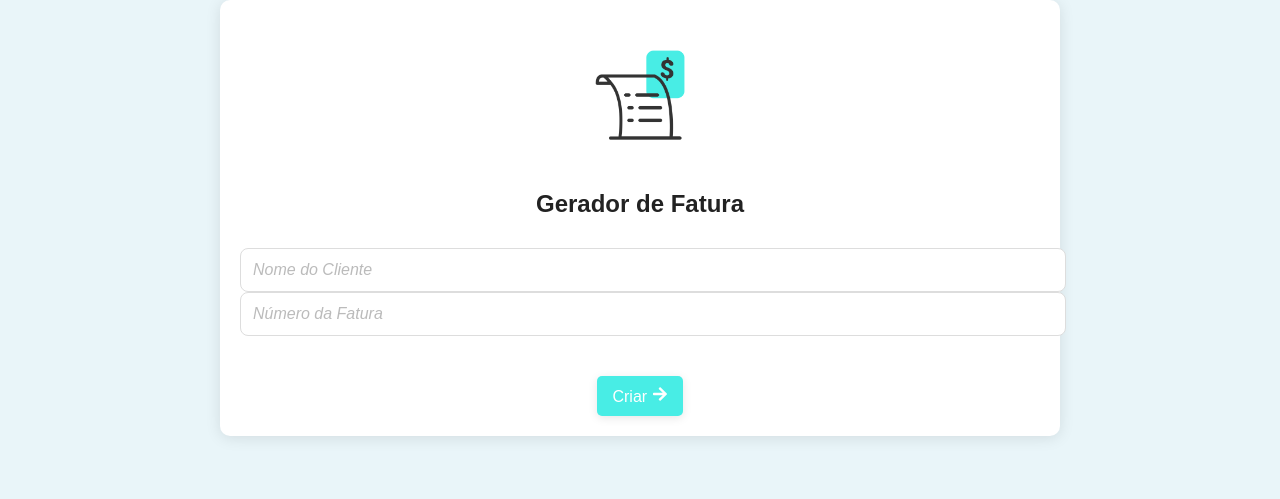
Repository: thmedu/Gerador-de-Faturas
Page: /
These files come from the project's save history. The page is drawn as it stood at one moment and after the next save; the edit follows.
The browser window is 1280 px wide. The pictures show the whole page.
The project was rebuilt for these pictures with package versions that can differ from the ones it lists, and the page was loaded fresh each time. Also part of the build but not shown: vite.config.js, src/Componete/Template.jsx.

Above is the page before, as saved 2024-07-16 19:24:16.

After the next save:
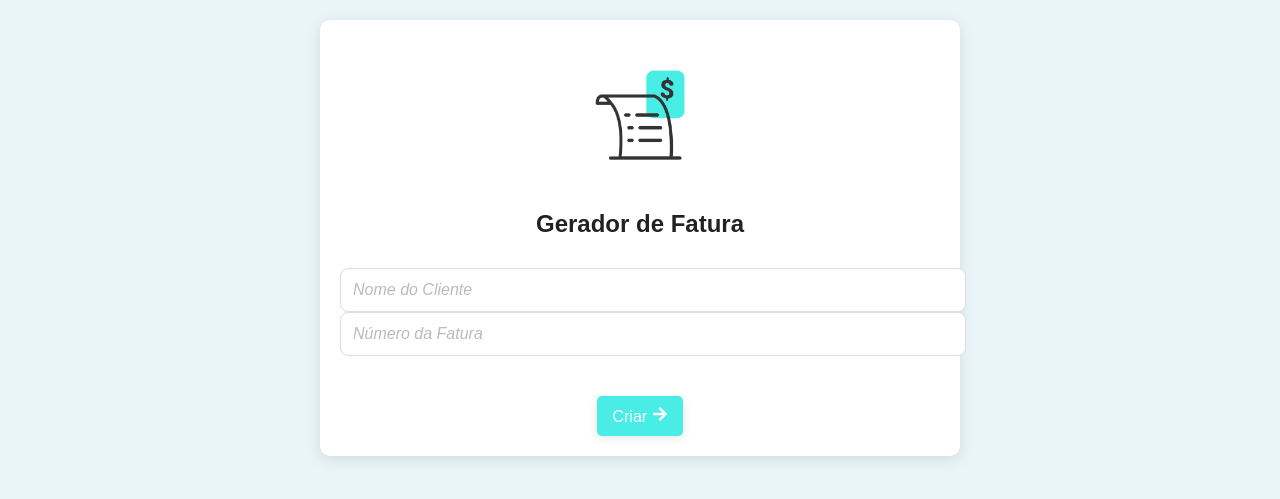
Saved 12 s later.
--- a/src/Componete/Template.css
+++ b/src/Componete/Template.css
@@ -225,6 +225,80 @@ h1 {
   font-size: 1.5em;
   font-weight: bold;
 }
+.container {
+  max-width: 600px;
+  margin: 20px auto;
+  padding: 20px;
+  background: white;
+  border-radius: 10px;
+  box-shadow: 0 4px 15px rgba(0, 0, 0, 0.1);
+}
+
+.logo img {
+  max-width: 100px;
+  margin-bottom: 20px;
+}
+
+.table {
+  width: 100%;
+  border-collapse: collapse;
+  margin-top: 20px;
+}
+
+.table th, .table td {
+  border: 1px solid #ddd;
+  padding: 12px;
+  text-align: left;
+}
+
+.table th {
+  background-color: #f4f4f4;
+}
+
+.notes {
+  margin-top: 20px;
+  font-style: italic;
+}
+
+.button-group {
+  display: flex;
+  justify-content: space-between;
+  margin-top: 20px;
+}
+
+.print-button, .add-button, .remove-button {
+  background-color: #48ede5;
+  color: white;
+  border: none;
+  border-radius: 5px;
+  padding: 10px 20px;
+  margin: 10px;
+  cursor: pointer;
+  transition: background 0.3s, transform 0.3s;
+}
+
+.print-button:hover, .add-button:hover, .remove-button:hover {
+  background-color: #36b4d3;
+  transform: scale(1.05);
+}
+
+.dialog-title {
+  display: flex;
+  justify-content: space-between;
+  align-items: center;
+}
+
+.forms input {
+  padding: 10px;
+  border: 1px solid #ccc;
+  border-radius: 5px;
+  margin-bottom: 10px;
+  width: calc(100% - 22px);
+}
+
+.forms input::placeholder {
+  color: #aaa;
+}
 
 .icon-cross {
   cursor: pointer;
